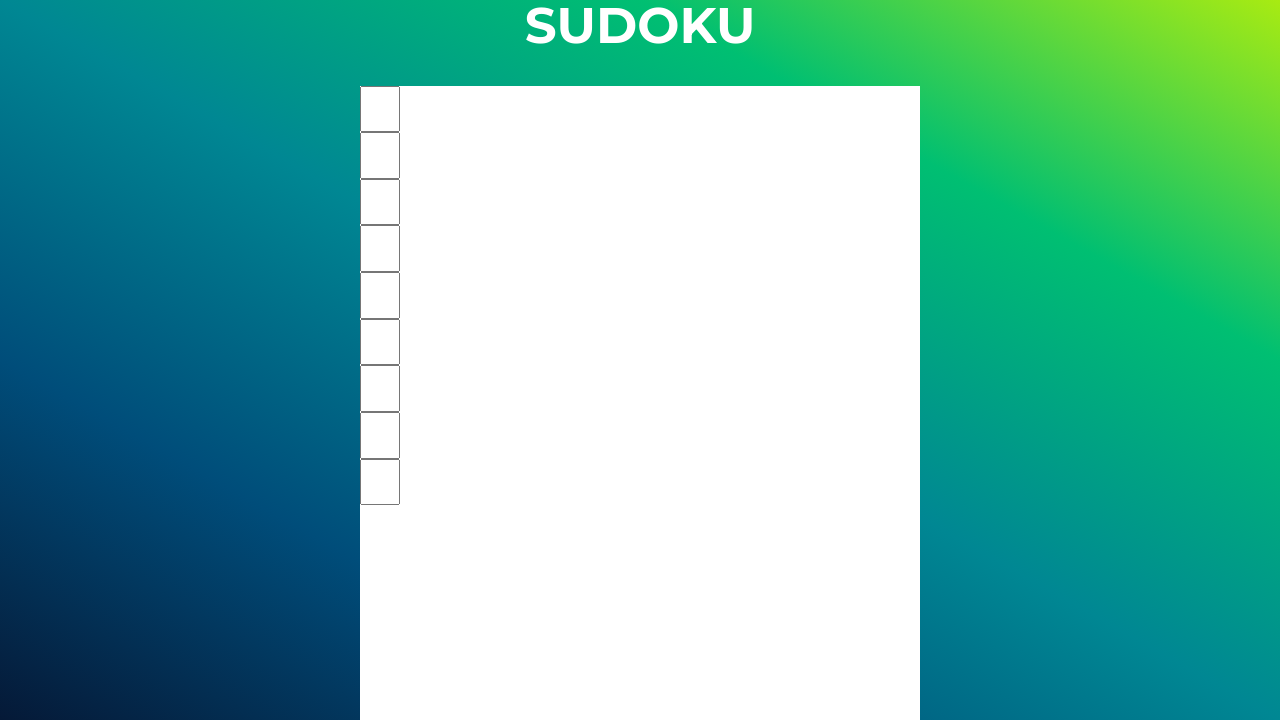
Repository: pattypetrikova/sudoku
Page: index.html
These files come from the project's save history. The page is drawn as it stood at one moment and after the next save; the edit follows.
The browser window is 1280 px wide. The pictures show the whole page.
Some web fonts or font styles are not loaded; a fallback is used.

Above is the page before, as saved 2022-12-30 10:33:12.

After the next save:
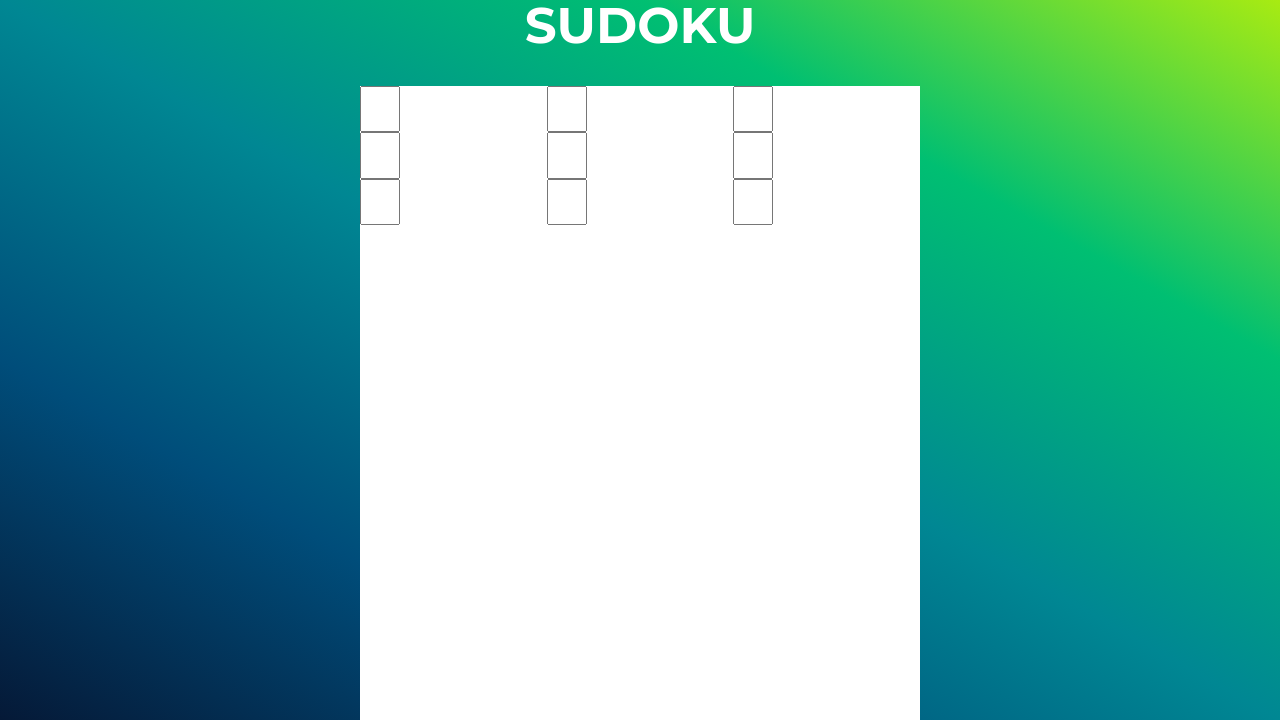
Saved 2 min 24 s later.
--- a/assets/style.css
+++ b/assets/style.css
@@ -43,8 +43,7 @@
 
 .board-section {
     display: grid;
-    grid-column: 3span 3;
-    grid-row: span 3;
+    grid-template-columns: 1fr 1fr 1fr;
 }
 
 .number {
